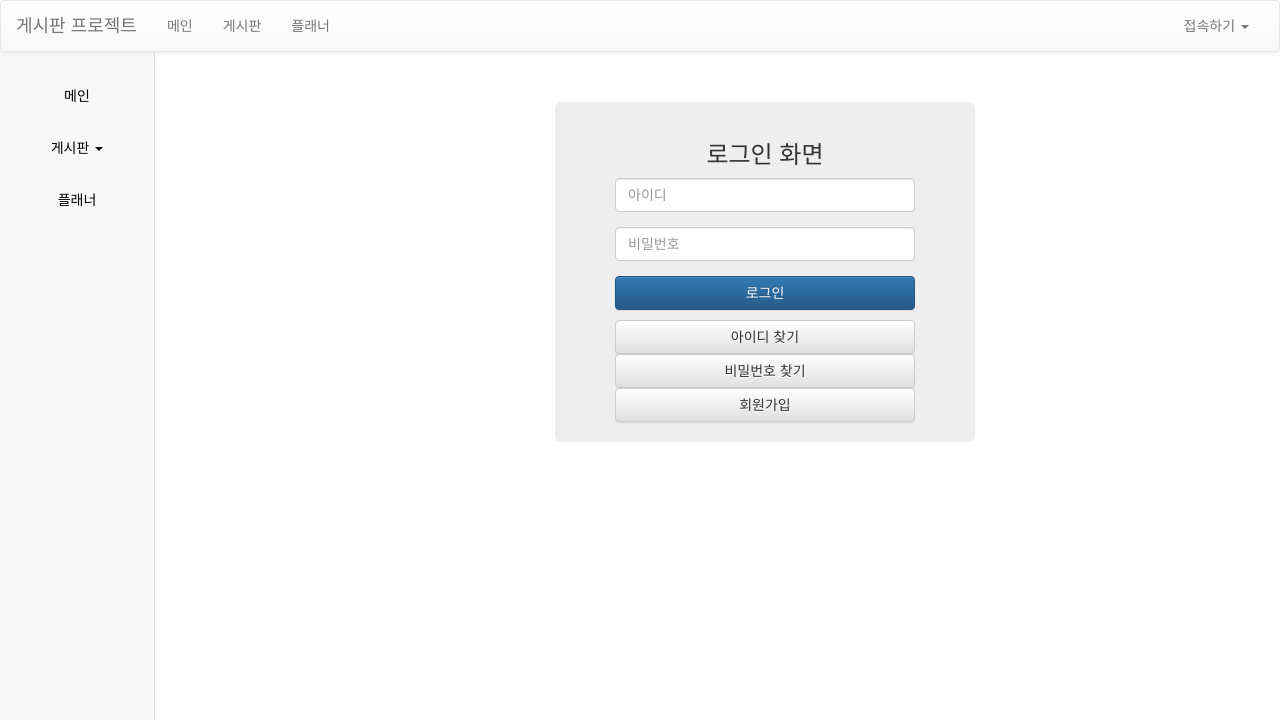
Repository: Seok7975/Project_PlannerSharingBoard
Page: http://localhost/ToDoList공유_게시판_ver3/id/login.jsp
The author's editor kept a copy of each file at every save. The page is drawn from the files as they stood at one save, then again after the next save.
The browser window is 1280 px wide. The pictures show the whole page.
Some web libraries are served in a nearby version. The page is served by Tomcat 9. Other server files are loaded and not shown.

Above is the page before, as saved 2024-07-05 06:02:29.

### List_Projects_ver3/ToDoList공유 게시판_ver3/src/main/webapp/id/login.jsp
<%-- <!-- 로그인 페이지 -->

<%@ page language="java" contentType="text/html; charset=UTF-8"
    pageEncoding="UTF-8"%>
<!DOCTYPE html>
<html>
<head>
<meta http-equiv="Content-Type" content="text/html; charset=UTF-8">
<meta name="viewport" content="width=device-width, initial-scale=1"> <!-- 컴퓨터 핸드폰 등 기기에 맞게 변경되게 -->
<link rel="stylesheet" href="css/styles.css">
<title>JSP 게시판 웹 사이트</title>
</head>
<body>
	<nav class="navbar">
		<a class="navbar-brand" href="main.jsp">게시판 프로젝트</a>
		<ul class="navbar-nav">
			<li><a href="main.jsp">메인</a></li>
			<li><a href="bbs.jsp">게시판</a></li>
			<li class="dropdown">
				<a href="#" class="dropdown-toggle">접속하기</a>
        		<ul class="dropdown-menu">
          			<li class="active"><a href="login.jsp">로그인</a></li> <!-- active : 현재 선택되어있음 -->
          			<li><a href="join.jsp">회원가입</a></li>
       			</ul>
      		</li>
    	</ul>
	</nav>
	<div class="container">
		<div class="jumbotron">
			<form method="post" action="loginAction.jsp">
        	<h3>로그인 화면</h3>
	        	<div class="form-group">
				<input type="text" class="form-control" placeholder="아이디" name="userID" maxlength="20">
	        	</div>
	        	<div class="form-group">
	 				<input type="password" class="form-control" placeholder="비밀번호" name="userPassword" maxlength="20">
	       		</div>
	        	<input type="submit" class="btn btn-primary" value="로그인">
      		</form>
    	</div>
	</div>
</body>
</html> --%>

<%-- <%@ page language="java" contentType="text/html; charset=UTF-8"
    pageEncoding="UTF-8"%>
<!DOCTYPE html>
<html>
<head>
<meta charset="UTF-8">
<meta name="viewport" content="width=device-width", initial-scale="1">
	<!-- viewport=화면상의 표시영역, content=모바일 장치들에 맞게 크기조정, initial=초기화면 배율 설정 -->

<link rel="stylesheet" href="css/bootstrap.css">
	<!-- 스타일시트로 css폴더의 bootstrap.css파일 사용 -->

<title>게시판!!</title>
</head>
<body style= "background-color : lightblue;">


	<nav class="navbar navbar-inverse"> <!-- navbar-색상(inverse = 검은색, default = 색x) -->
		<div class="navbar-header">
			<button type="button" class="navbar-toggle collapsed"
			data-toggle="collapse" data-target="#bs-example-navbar-collapse-1"
			aria-expanded="false">
				<!-- class="navbar-toggle collapsed"=>네비게이션의 화면 출력유무
				data-toggle="collapse" : 모바일 상태에서 클릭하면서 메뉴가 나오게 설정 -->

				<span class="icon-bar"></span>
				<span class="icon-bar"></span>
				<span class="icon-bar"></span>
					<!-- 아이콘 이미지 -->

			</button>

			<a class="navbar-brand" href="main.jsp">JSP 게시판</a>
				<!-- Bootstrap navbar 기본 메뉴바 -->
		</div>

		<div class="collapse navbar-collapse" id="bs-example-navbar-collapse-1">
			<ul class="nav navbar-nav"> <!-- navbar-nav => 네비게이션 바의 메뉴 -->
				<li><a href="main.jsp">메뉴</a></li>
				<li><a href="bbs.jsp">게시판</a></li>
				<!-- 메뉴, 게시판의 main.jsp와 bbs.jsp의 파일로 각각 이동 -->
			</ul>
			<ul class="nav navbar-nav navbar-right">
				<li class="dropdown">
					<a href="#" class="dropdown-toggle"
						data-toggle="dropdown" role="button" aria-haspopup="true"
						aria-expanded="false">접속하기<span class="caret"></span></a>
						<!-- 임시의 주소링<%=  %>크 "#"을 기재한다. -->
						<!-- caret = creates a caret arrow icon (▼) -->
						w
						<ul class="dropdown-menu">
							<!-- dropdown-menu : 버튼을 눌렀을때, 생성되는 메뉴(접속하기를 눌렀을때 로그인, 회원가입 메뉴 -->

							<li class="active"><a href="login.jsp">로그인</a></li>
							<!-- active = 활성화 되었을때 로그인, 회원가입-->

							<li><a href="join.jsp">회원가입</a></li>

						</ul>
					</li>
			</ul>
		</div>
	</nav>
	<div class="container">
		<!-- 전체 레이아웃 감싸주기 -->

		<div class="col-lg-4"></div>
		<div class="col-lg-4">
			<div class="jumbotron" style="padding-top: 20px;">
				<!-- jumbotron indicates a big box(큰 상자) -->

				<form method="post" action="loginAction.jsp">
				<img alt="그림 없음" src="Circle.png">
					<h2 style="text-align : center;">로그인 화면</h2>
					<div class="form-group">
						<input type="text" class="form-control" placeholder="아이디" name="userID"
							maxlength="20">
					</div>
					<div class="form-group">
						<input type="password" class="form-control" placeholder="비밀번호" name="userPassword"
							maxlength="20">
					</div>
					<input type="submit" class="btn btn-primary form-control" value="로그인">
					<img src="JJWORLD.png">
				</form>
		</div>
	</div>
	<script src="https://code.jquery.com/jquery-3.1.1.min.js"></script>
	<script src="js/bootstrap.js"></script>

</body>
</html> --%>


<%-- <%@ page language="java" contentType="text/html; charset=UTF-8"
    pageEncoding="UTF-8"%>
<!DOCTYPE html>
<html>
<head>
<meta http-equiv="Content-Type" content="text/html; charset=UTF-8">
<meta name="viewport" content="width=device-width, initial-scale=1"> <!-- 컴퓨터 핸드폰 등 기기에 맞게 변경되게 -->
<!-- <link rel="stylesheet" href="css/bootstrap.css"> -->
<!-- Latest compiled and minified CSS -->
<link rel="stylesheet" href="https://cdn.jsdelivr.net/npm/bootstrap@3.3.7/dist/css/bootstrap.min.css" integrity="sha384-BVYiiSIFeK1dGmJRAkycuHAHRg32OmUcww7on3RYdg4Va+PmSTsz/K68vbdEjh4u" crossorigin="anonymous">

<!-- Optional theme -->
<link rel="stylesheet" href="https://cdn.jsdelivr.net/npm/bootstrap@3.3.7/dist/css/bootstrap-theme.min.css" integrity="sha384-rHyoN1iRsVXV4nD0JutlnGaslCJuC7uwjduW9SVrLvRYooPp2bWYgmgJQIXwl/Sp" crossorigin="anonymous">

<!-- jQuery (necessary for Bootstrap's JavaScript plugins) -->
<script src="https://code.jquery.com/jquery-3.1.1.min.js" integrity="sha384-5sAR7xN1Nv6B4z2p6bJp6t4q2Z5y5Q4h1r5k5R5k5R5k5R5k5R5k5R5k5R5k5R5k5R5k5R5k5R5k5R5k5R5k5R5k5R5k5R5k5R5k5R5k5R5k5" crossorigin="anonymous"></script>

<!-- Latest compiled and minified JavaScript -->
<script src="https://cdn.jsdelivr.net/npm/bootstrap@3.3.7/dist/js/bootstrap.min.js" integrity="sha384-Tc5IQib027qvyjSMfHjOMaLkfuWVxZxUPnCJA7l2mCWNIpG9mGCD8wGNIcPD7Txa" crossorigin="anonymous"></script>

<title>JSP 게시판 웹 사이트</title>
</head>
<body>
	<nav class="navbar navbar-default">
		<div class="navbar-header">
			<button type="button" class="navbar-toggle collapsed"
				data-toggle="collapse" data-target="#bs-example-navbar-collapse-1"
				aria-expanded="false">
				<span class="icon-bar"></span>
				<span class="icon-bar"></span>
				<span class="icon-bar"></span>
			</button>
			<a class="navbar-brand" href="main.jsp">게시판 프로젝트</a>
		</div>
		<div class="collapse navbar-collapse" id="bs-example-navbar-collapse-1">
			<ul class="nav navbar-nav">
				<li><a href="main.jsp">메인</a></li>
				<li><a href="bbs.jsp">게시판</a></li>
			</ul>
			<ul class="nav navbar-nav navbar-right">
				<li class="dropdown">
					<a href="#" class="dropdown-toggle"
						data-toggle="dropdown" role="button" aria-haspopup="true"
						aria-expanded="false">접속하기<span class="caret"></span></a>
					<ul class="dropdown-menu">
						<li class="active"><a href="login.jsp">로그인</a></li> <!-- active : 현재 선택되어있음 -->
						<li><a href="join.jsp">회원가입</a></li>
					</ul>
				</li>
			</ul>
		</div>
	</nav>
	<div class="container">
		<div class="col-lg-4"></div>
		<div class="col-lg-4">
			<div class="jumbotron" style="padding-top: 20px;">
				<form method="post" action="loginAction.jsp">
					<h3 style="text-align: center;">로그인 화면</h3>
					<div class="form-group">
						<input type="text" class="form-control" placeholder="아이디" name="userID" maxlength="20">
					</div>
					<div class="form-group">
						<input type="password" class="form-control" placeholder="비밀번호" name="userPassword" maxlength="20">
					</div>
					<input type="submit" class="btn btn-primary form-control" value="로그인">
				</form>
			</div>
		</div>
		<div class="col-lg-4"></div>
	</div>
<!-- 	<script src="https://code.jquery.com/jquery-3.1.1.min.js"></script>
	<script src="js/bootstrap.js"></script> -->
</body>
</html>


 --%>

<%@ page language="java" contentType="text/html; charset=UTF-8"
    pageEncoding="UTF-8"%>
<!DOCTYPE html>
<html>
<head>
<meta http-equiv="Content-Type" content="text/html; charset=UTF-8">
<meta name="viewport" content="width=device-width, initial-scale=1">
<!-- Latest compiled and minified CSS -->
<link rel="stylesheet" href="https://cdn.jsdelivr.net/npm/bootstrap@3.3.7/dist/css/bootstrap.min.css" integrity="sha384-BVYiiSIFeK1dGmJRAkycuHAHRg32OmUcww7on3RYdg4Va+PmSTsz/K68vbdEjh4u" crossorigin="anonymous">
<!-- Optional theme -->
<link rel="stylesheet" href="https://cdn.jsdelivr.net/npm/bootstrap@3.3.7/dist/css/bootstrap-theme.min.css" integrity="sha384-rHyoN1iRsVXV4nD0JutlnGaslCJuC7uwjduW9SVrLvRYooPp2bWYgmgJQIXwl/Sp" crossorigin="anonymous">

<link rel="stylesheet" href="../css/idStyle.css"> <!-- 외부 CSS 파일 참조 -->
<!-- jQuery (necessary for Bootstrap's JavaScript plugins) -->
<script src="https://code.jquery.com/jquery-3.1.1.min.js"></script>
<!-- Latest compiled and minified JavaScript -->
<script src="https://cdn.jsdelivr.net/npm/bootstrap@3.3.7/dist/js/bootstrap.min.js" integrity="sha384-Tc5IQib027qvyjSMfHjOMaLkfuWVxZxUPnCJA7l2mCWNIpG9mGCD8wGNIcPD7Txa" crossorigin="anonymous"></script>
<!-- <link rel="stylesheet" href="css/jumbotronCustom.css"> -->
<title>JSP 게시판 웹 사이트</title>
<!-- <style>
    .login-container {
        max-width: 400px;
        margin: 50px auto;
    }

    .jumbotron {
        padding: 20px;
        text-align: center;
    }

    .form-group {
        margin-bottom: 15px;
    }
</style> -->
<script>
    //제이쿼리로 짜보고
    $(document).ready(function() {
        function toggleSidebar() {
            if ($(window).width() > 768) {
                $('.sidebar').addClass('show');
                $('.jumbotron').css('margin-left', '250px'); // 사이드바 너비만큼 마진 추가
            } else {
                $('.sidebar').removeClass('show');
                $('.jumbotron').css('margin-left', '0'); // 마진 제거
            }
        }

        // 초기 로드 시 사이드바 상태 설정
        toggleSidebar();

        // 창 크기가 변경될 때마다 사이드바 상태 업데이트
        $(window).resize(function() {
            toggleSidebar();
        });

        // 사이드바 토글 버튼 (필요한 경우)
        $('.navbar-toggle').click(function() {
            $('.sidebar').toggleClass('show');
            if ($('.sidebar').hasClass('show')) {
                $('.jumbotron').css('margin-left', '250px');
            } else {
                $('.jumbotron').css('margin-left', '0');
            }
        });
    });
</script>
</head>
<body>
    <div class="sidebar">
        <a href="../main.jsp" style="text-align: center;" >메인</a>
        <div class="dropdown">
            <a href="../bbs.jsp?bbsCategory=all" style="text-align: center;" >게시판 <span class="caret"></span></a>
            <ul class="dropdown-menu">
                <li><a href="../bbs.jsp?bbsCategory=all" style="text-align: center;">전체글보기</a></li>
                <li><a href="../bbs.jsp?bbsCategory=free" style="text-align: center;">자유게시판</a></li>
                <li><a href="../bbs.jsp?bbsCategory=study" style="text-align: center;">공부게시판</a></li>
                <li><a href="../bbs.jsp?bbsCategory=exercise" style="text-align: center;">운동게시판</a></li>
            </ul>
        </div>
        <a href="planner/planner.jsp" style="text-align: center;">플래너</a>
    </div>
	<nav class="navbar navbar-default">
		<div class="container-fluid">
			<div class="navbar-header">
				<button type="button" class="navbar-toggle collapsed" data-toggle="collapse" data-target="#bs-example-navbar-collapse-1" aria-expanded="false">
					<span class="sr-only">Toggle navigation</span>
					<span class="icon-bar"></span>
					<span class="icon-bar"></span>
					<span class="icon-bar"></span>
				</button>
				<a class="navbar-brand" href="../main.jsp">게시판 프로젝트</a>
			</div>
			<div class="collapse navbar-collapse" id="bs-example-navbar-collapse-1">
				<ul class="nav navbar-nav">
					<li><a href="../main.jsp">메인</a></li>
					<li><a href="../bbs.jsp">게시판</a></li>
					<li><a href="../planner/planner.jsp">플래너</a></li>
				</ul>
				<ul class="nav navbar-nav navbar-right">
					<li class="dropdown">
						<a href="#" class="dropdown-toggle" data-toggle="dropdown" role="button" aria-haspopup="true" aria-expanded="false">접속하기 <span class="caret"></span></a>
						<ul class="dropdown-menu">
							<li class="active"><a href="login.jsp">로그인</a></li>
							<li><a href="join.jsp">회원가입</a></li>
<!-- 							<li><a href="findID.jsp">아이디 찾기</a></li>
							<li><a href="findPassword.jsp">비밀번호 찾기</a></li> -->
						</ul>
					</li>
				</ul>
			</div>
		</div>
	</nav>
	<div class="container login-container">
		<div class="jumbotron">
			<form method="post" action="loginAction.jsp">
				<h3 style="text-align: center;">로그인 화면</h3>
				<div class="form-group">
					<input type="text" class="form-control" placeholder="아이디" name="userID" maxlength="20">
				</div>
				<div class="form-group">
					<input type="password" class="form-control" placeholder="비밀번호" name="userPassword" maxlength="20">
				</div>
				<div>
					<input type="submit" class="btn btn-primary form-control" value="로그인">
				</div>
			</form>
			<div style="margin-top: 10px;">
				<a href="findId.jsp" class="btn btn-default form-control">아이디 찾기</a>
				<a href="findPassword.jsp" class="btn btn-default form-control">비밀번호 찾기</a>
				<a href="join.jsp" class="btn btn-default form-control">회원가입</a>
			</div>
		</div>
	</div>
</body>
</html>

### List_Projects_ver3/ToDoList공유 게시판_ver3/src/main/webapp/css/idStyle.css
@charset "UTF-8";

/* 네비게이션 바를 상단에 고정 */
.navbar-fixed-top {
    position: fixed;
    top: 0;
    width: 100%;
    z-index: 1000;
}

/* 왼쪽 사이드바 스타일 */
.sidebar {
    position: fixed;
    top: 50px; /* 네비게이션 바 높이만큼 아래로 내림 */
    left: 0;
    width: 155px;
    height: calc(100% - 50px); /* 네비게이션 바 높이만큼 줄임 */
    background-color: #f8f8f8;
    padding-top: 20px;
    border-right: 1px solid #ddd;
    transition: width 0.3s ease, opacity 0.3s ease; /* 사이드바 너비와 투명도 변화 애니메이션 */
    /* overflow: hidden; */
}

/* 작은 화면에서 사이드바 숨기기 */
@media (max-width: 768px) {
    .sidebar {
        left: -250px;
    }
}

/* 사이드바가 보일 때 클래스 */
.sidebar.show {
    left: 0;
}

/* 메인 콘텐츠 스타일 */
.main-content {
    margin-left: 155px; /* 기본 사이드바 너비만큼 마진 */
    transition: margin-left 0.3s;
}

/* 작은 화면에서 메인 콘텐츠 마진 조정 */
@media (max-width: 768px) {
    .main-content {
        margin-left: 0;
    }
}

.sidebar a {
    display: block;
    color: black;
    padding: 16px;
    text-decoration: none;
}

.sidebar a:hover {
    background-color: #ddd;
    color: black;
}

.sidebar .dropdown-menu {
    display: none;
    position: static;
    float: none;
    background-color: #f8f8f8;
    border: none;
    box-shadow: none;
}

.sidebar .dropdown:hover .dropdown-menu {
    display: block;
    animation: slideDown 0.3s ease-in-out; /* 슬라이딩 애니메이션 추가 */
}

/* 사이드바가 사라질 때의 스타일 */
.sidebar.hidden {
    width: 0;
    opacity: 0;
    overflow: hidden;
}

/* 메인 콘텐츠가 확장될 때의 스타일 */
.main-content.expanded {
    margin-left: 0;
}

@keyframes slideDown {
    0% {
        opacity: 0;
        transform: translateY(-10px);
    }
    100% {
        opacity: 1;
        transform: translateY(0);
    }
}

/* 드롭다운 메뉴가 커서를 가져다 대기만 해도 열리도록 설정 */
.navbar-nav > li.dropdown:hover > .dropdown-menu {
    display: block;
    animation: slideDown 0.3s ease-in-out; /* 슬라이딩 애니메이션 추가 */
}

.category-title {
    font-size: 24px; /* 텍스트 크기 */
    font-weight: bold; /* 텍스트 굵기 */
    margin-bottom: 20px; /* 아래쪽 여백 */
    /* text-align: center; */ /* 가운데 정렬 */
    /* color: #333; */ /* 텍스트 색상 */
}

a, a:hover {
    color: #000000;
    text-decoration: none;
}

.login-container {
    max-width: 700px;
    max-height: 1000px;
    margin: 50px auto;
}

.jumbotron {
    padding: 20px;
    text-align: center;
}

.form-group {
    margin-bottom: 15px;
}

After the next save:
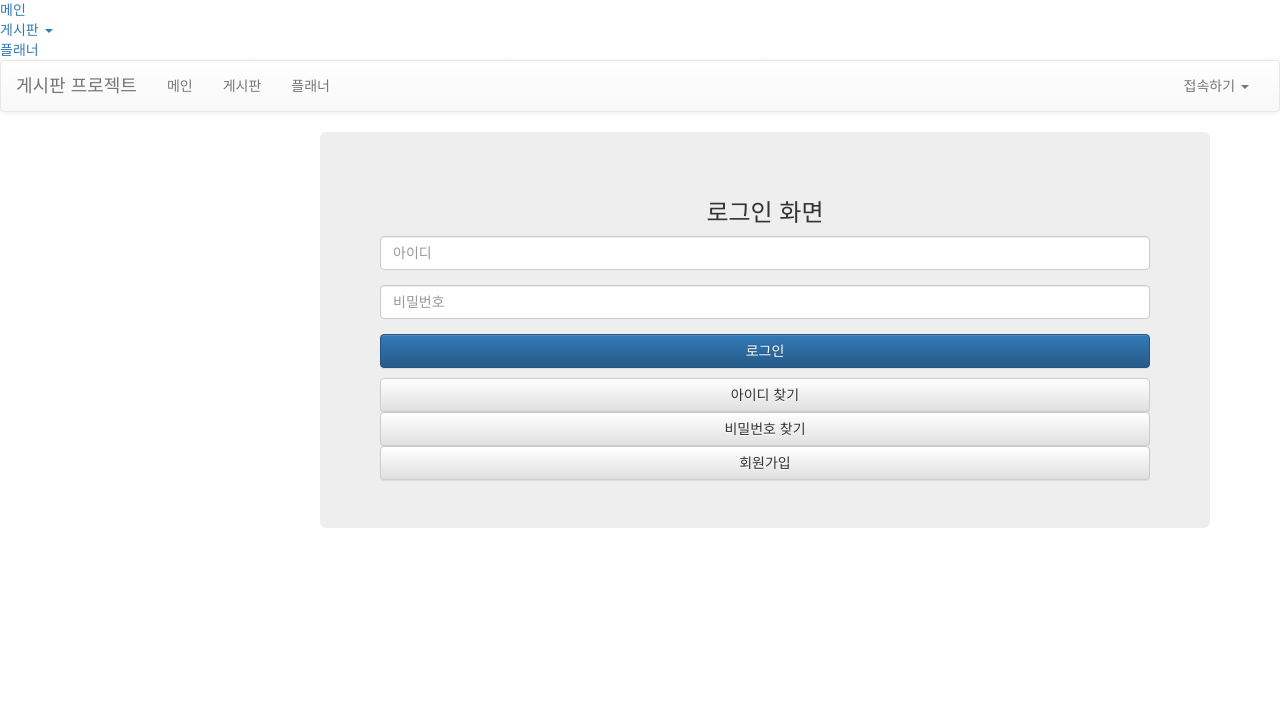
Saved 53 s later.
--- a/List_Projects_ver3/ToDoList공유 게시판_ver3/src/main/webapp/id/login.jsp
+++ b/List_Projects_ver3/ToDoList공유 게시판_ver3/src/main/webapp/id/login.jsp
@@ -226,7 +226,7 @@
 <!-- Optional theme -->
 <link rel="stylesheet" href="https://cdn.jsdelivr.net/npm/bootstrap@3.3.7/dist/css/bootstrap-theme.min.css" integrity="sha384-rHyoN1iRsVXV4nD0JutlnGaslCJuC7uwjduW9SVrLvRYooPp2bWYgmgJQIXwl/Sp" crossorigin="anonymous">
 
-<link rel="stylesheet" href="../css/idStyle.css"> <!-- 외부 CSS 파일 참조 -->
+<!-- <link rel="stylesheet" href="../css/idStyle.css"> --> <!-- 외부 CSS 파일 참조 -->
 <!-- jQuery (necessary for Bootstrap's JavaScript plugins) -->
 <script src="https://code.jquery.com/jquery-3.1.1.min.js"></script>
 <!-- Latest compiled and minified JavaScript -->
